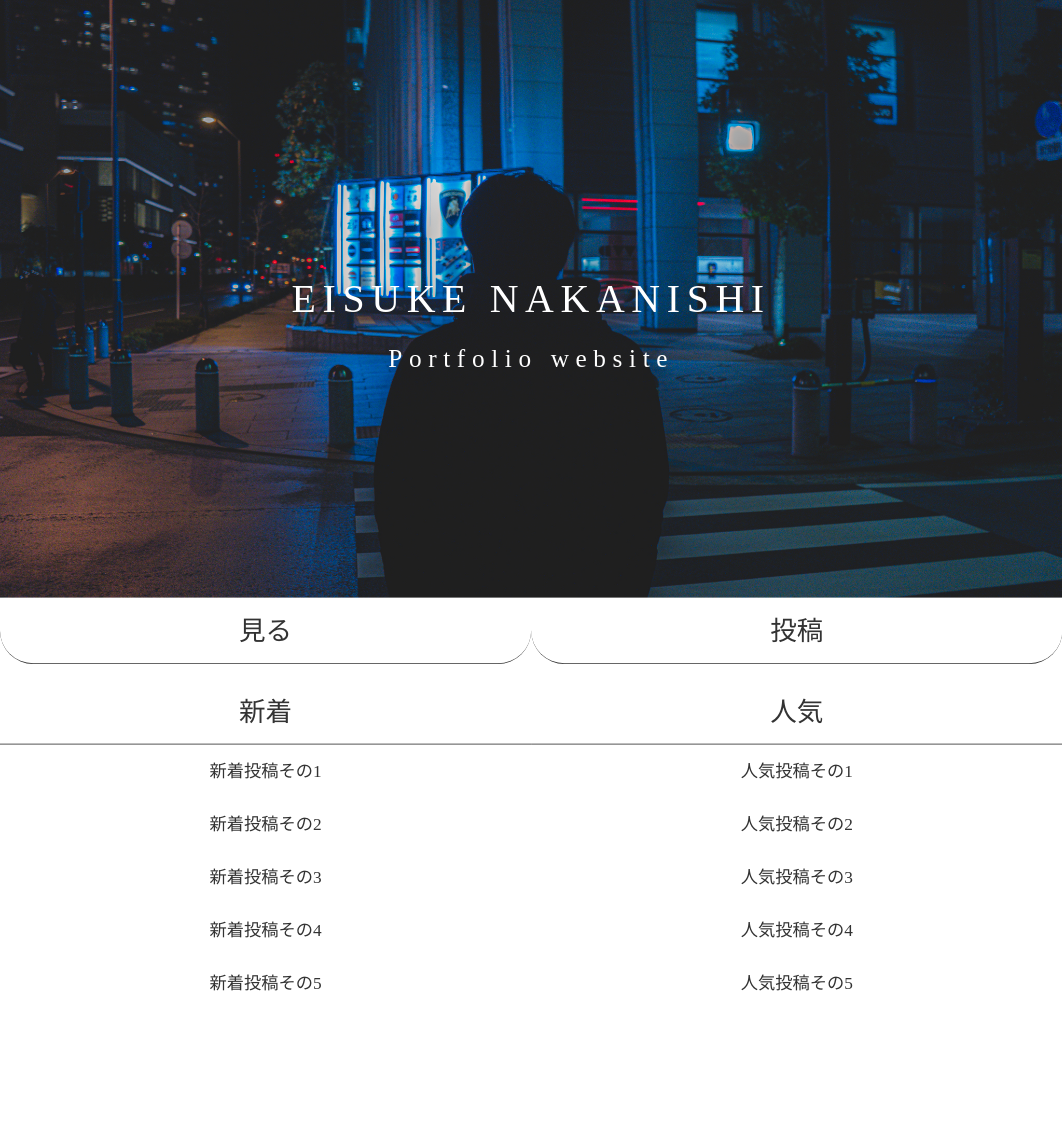
Repository: KustomApe/LandorusInc
Page: index.html
These files come from the project's save history. The page is drawn as it stood at one moment and after a run of saves; the edit follows.
The browser window is 1280 px wide. The pictures show the whole page, at 83% of full size.

Above is the page before, as saved 2021-07-24 13:20:03.

After the next 2 saves:
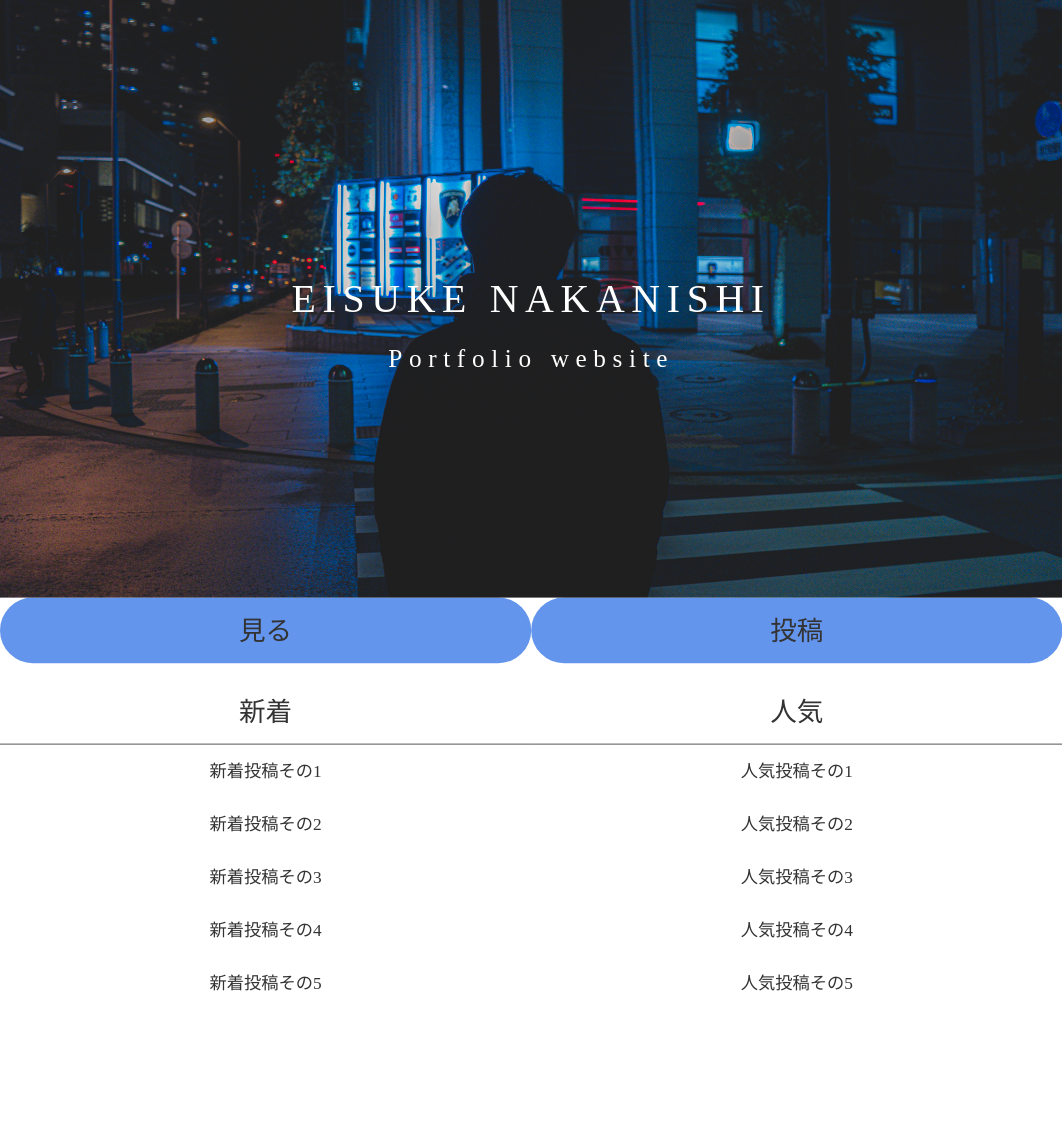
The 2 saves are shown as one change because they came seconds apart.
The last was saved 15 s later.
--- a/assets/css/style.css
+++ b/assets/css/style.css
@@ -60,8 +60,9 @@ div.contents ul#main_btn li {
     padding: 3vh 0;
     font-size: 2rem;
     color: #333;
-    border-bottom: solid 1px #333;
+    /* border-bottom: solid 1px #333; */
     border-radius: 15rem;
+    background:cornflowerblue;
     text-align: center;
 }
 
